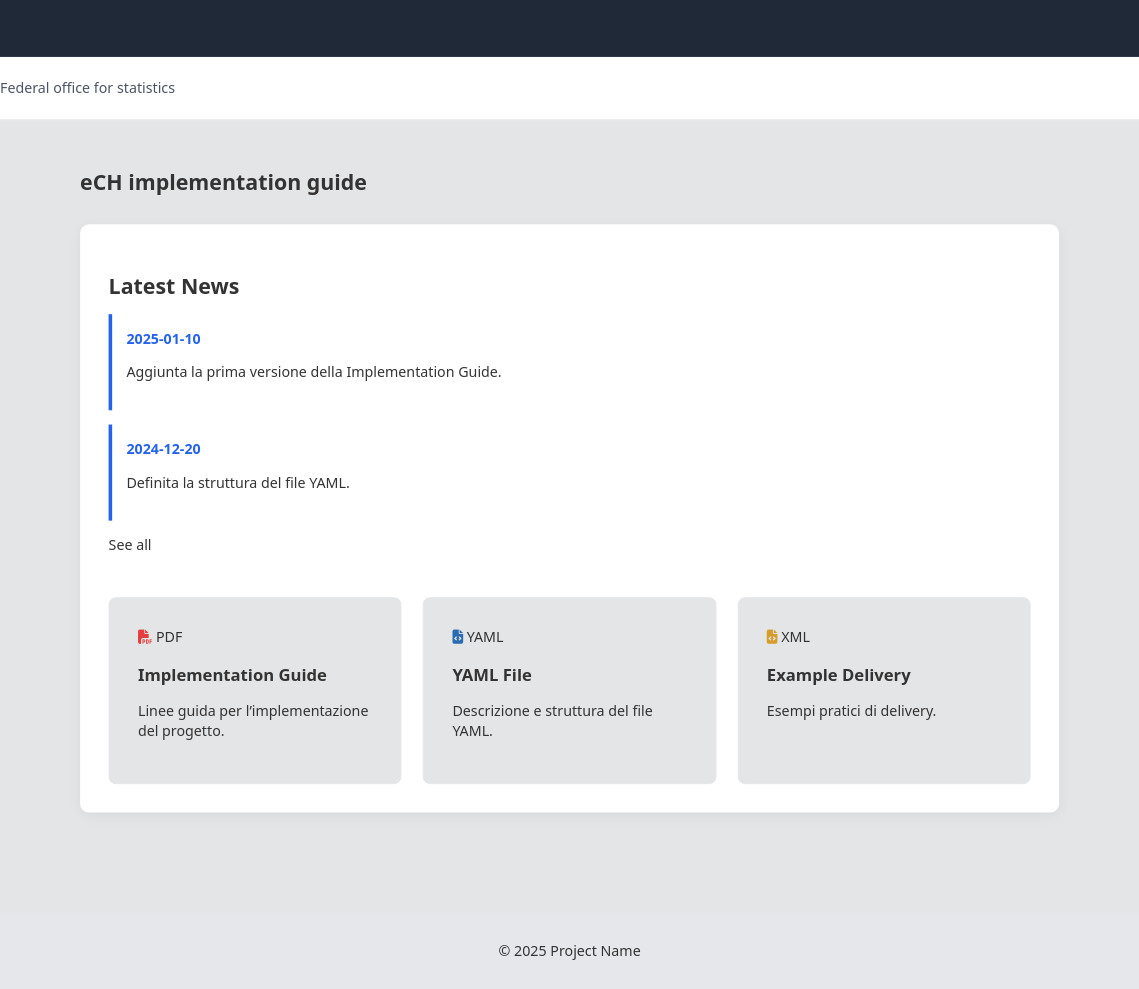
Repository: bfspoku/ech-0252-docs
Page: index.html
An editor plug-in stored every save of this project. The page is shown before and after the next save, followed by the edit.
The browser window is 1280 px wide. The pictures show the whole page, at 89% of full size.

Above is the page before, as saved 2025-12-16 15:44:00.

After the next save:
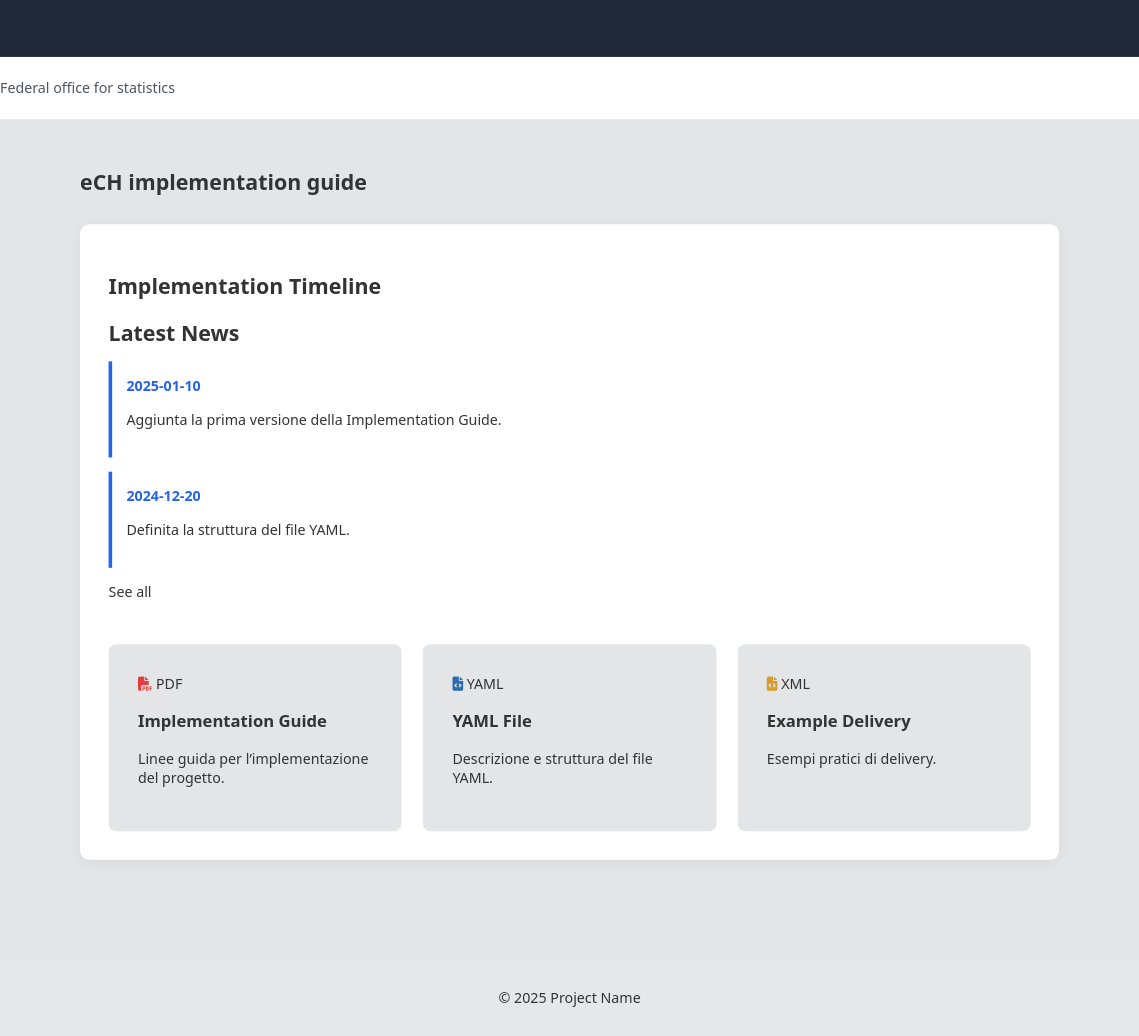
Saved 30 s later.
--- a/index.html
+++ b/index.html
@@ -28,6 +28,9 @@
     <section class = "wrapper">
     <!-- INFORMATION -->
     <section class="information">
+
+        <h2> Implementation Timeline<h2>
+
         <h2>Latest News</h2>
 
         <ul class="updates">
